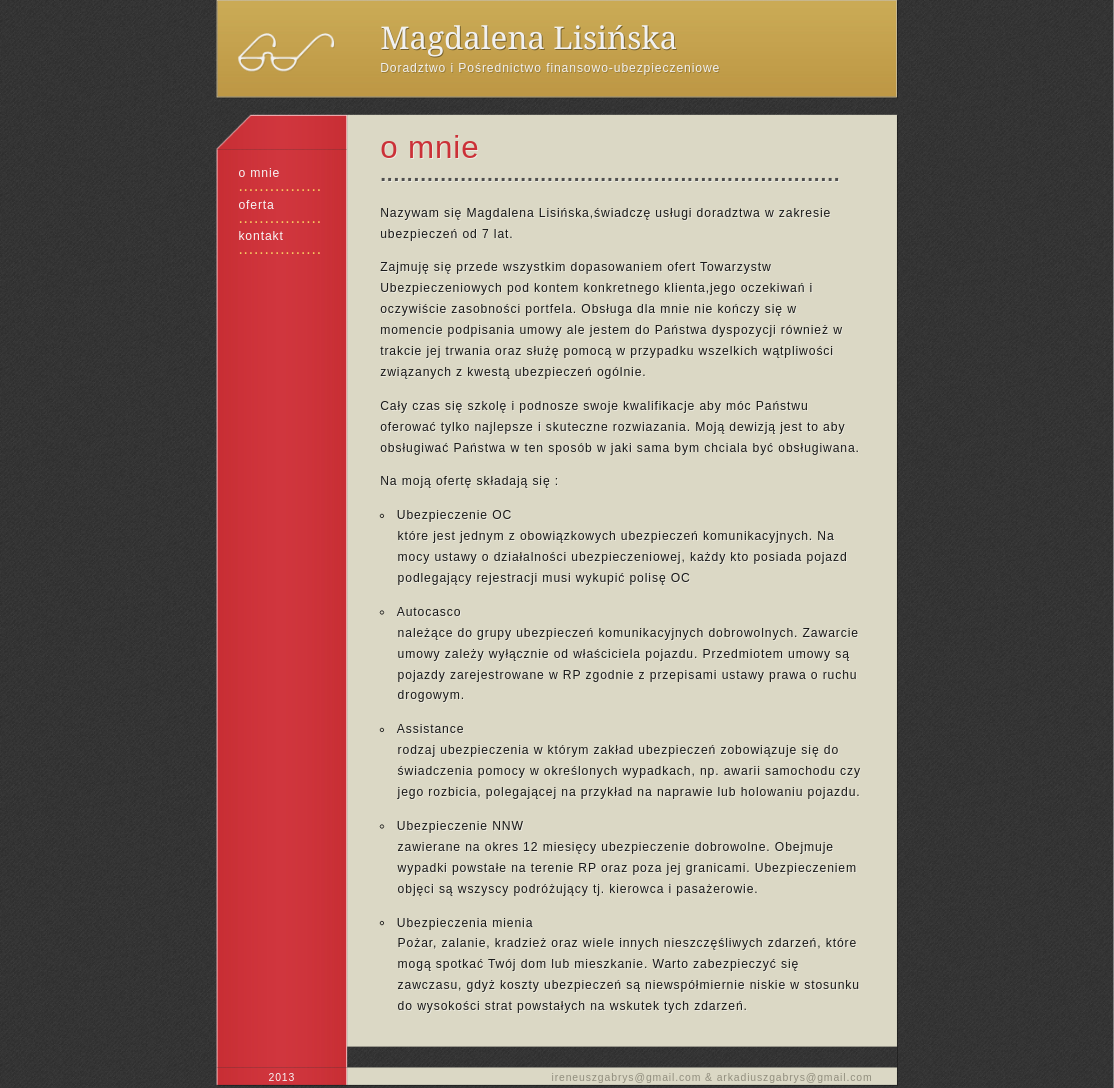
Repository: gabr/php_elicpse_workspace
Page: Magda Lisinska/index.html
An editor plug-in stored every save of this project. The page is shown before and after the next save, followed by the edit.
The browser window is 1280 px wide. The pictures show the whole page, at 87% of full size.

Above is the page before, as saved 2013-03-08 13:42:44.

### Magda Lisinska/index.html
<!DOCTYPE HTML>
<html>
<head>
<meta http-equiv="Content-Type" content="text/html; charset=utf-8">
<title>Magdalena Lisińska</title>
<!--
		<meta name="description" content="Add your sites description here">
		<meta name="keywords" content="Add,your,site,keywords,here">
		<link rel="icon" type="image/x-icon" href="../images/favicon.ico">
		-->
<link rel="stylesheet" type="text/css" href="css/reset.css"
  media="screen">
<link rel="stylesheet" type="text/css" href="css/style.css"
  media="screen">
<!-- <script src="js/jquery-1.9.1.js"></script>
        <script src="js/script.js"></script> -->
<!--[if lt IE 9]>
		<script src="js/html5shiv.js"></script>
		<![endif]-->
</head>

<body>
  <!-- head -->
  <div id="header">
    <a href="index.html" id="glasses"></a> <a href="index.html"
      id="header-title">
      <p id="title">Magdalena Lisińska</p>
      <p id="slogan">Doradztwo i Pośrednictwo
        finansowo-ubezpieczeniowe</p>
    </a>
    <div class="clear"></div>
  </div>

  <!-- body -->
  <div id="body">
    <!-- menu -->
    <div id="menu">
      <div id="menu-head"></div>
      <div id="menu-body" style="height: 1055px">
        <div id="menu-margin"></div>
        <ul>
          <li><a href="#">o mnie</a></li>
          <li class="line">................</li>
          <li><a href="#">oferta</a></li>
          <li class="line">................</li>
          <li><a href="kontakt.html">kontakt</a></li>
          <li class="line">................</li>
        </ul>
      </div>
    </div>
    <!-- content -->
    <div id="content">
      <div>
        <h1>o mnie</h1>
        <div class="line">.....................................................................</div>
        <p>Nazywam się Magdalena Lisińska,świadczę usługi doradztwa
          w zakresie ubezpieczeń od 7 lat.</p>
        <p>Zajmuję się przede wszystkim dopasowaniem ofert
          Towarzystw Ubezpieczeniowych pod kontem konkretnego
          klienta,jego oczekiwań i oczywiście zasobności portfela.
          Obsługa dla mnie nie kończy się w momencie podpisania umowy
          ale jestem do Państwa dyspozycji również w trakcie jej trwania
          oraz służę pomocą w przypadku wszelkich wątpliwości związanych
          z kwestą ubezpieczeń ogólnie.</p>
        <p>Cały czas się szkolę i podnosze swoje kwalifikacje aby
          móc Państwu oferować tylko najlepsze i skuteczne rozwiazania.
          Moją dewizją jest to aby obsługiwać Państwa w ten sposób w
          jaki sama bym chciala być obsługiwana.</p>
        <p>Na moją ofertę składają się :</p>
        <ul>
          <li>Ubezpieczenie OC
            <p>które jest jednym z obowiązkowych ubezpieczeń
              komunikacyjnych. Na mocy ustawy o działalności
              ubezpieczeniowej, każdy kto posiada pojazd podlegający
              rejestracji musi wykupić polisę OC</p>
          </li>
          <li>Autocasco
            <p>należące do grupy ubezpieczeń komunikacyjnych
              dobrowolnych. Zawarcie umowy zależy wyłącznie od
              właściciela pojazdu. Przedmiotem umowy są pojazdy
              zarejestrowane w RP zgodnie z przepisami ustawy prawa o
              ruchu drogowym.</p>
          </li>
          <li>Assistance
            <p>rodzaj ubezpieczenia w którym zakład ubezpieczeń
              zobowiązuje się do świadczenia pomocy w określonych
              wypadkach, np. awarii samochodu czy jego rozbicia,
              polegającej na przykład na naprawie lub holowaniu pojazdu.</p>
          </li>
          <li>Ubezpieczenie NNW
            <p>zawierane na okres 12 miesięcy ubezpieczenie
              dobrowolne. Obejmuje wypadki powstałe na terenie RP oraz
              poza jej granicami. Ubezpieczeniem objęci są wszyscy
              podróżujący tj. kierowca i pasażerowie.</p>
          </li>
          <li>Ubezpieczenia mienia
            <p>Pożar, zalanie, kradzież oraz wiele innych
              nieszczęśliwych zdarzeń, które mogą spotkać Twój dom lub
              mieszkanie. Warto zabezpieczyć się zawczasu, gdyż koszty
              ubezpieczeń są niewspółmiernie niskie w stosunku do
              wysokości strat powstałych na wskutek tych zdarzeń.</p>
          </li>
        </ul>
      </div>
    </div>
    <div class="clear"></div>

    <!-- footer -->
    <div id="footer">
      <div id="left-footer">
        <p>2013</p>
      </div>
      <div id="right-footer">
        <p>ireneuszgabrys@gmail.com &amp;
          arkadiuszgabrys@gmail.com&ensp;&ensp;&ensp;&ensp;</p>
      </div>
      <div class="clear"></div>
    </div>

  </div>

</body>
</html>

### Magda Lisinska/css/reset.css
/*
html5doctor.com Reset Stylesheet
v1.6.1
Last Updated: 2010-09-17
Author: Richard Clark - http://richclarkdesign.com
Twitter: @rich_clark
*/

html, body, div, span, object, iframe,
h1, h2, h3, h4, h5, h6, p, blockquote, pre,
abbr, address, cite, code,
del, dfn, em, img, ins, kbd, q, samp,
small, strong, sub, sup, var,
b, i,
dl, dt, dd, ol, ul, li,
fieldset, form, label, legend,
table, caption, tbody, tfoot, thead, tr, th, td,
article, aside, canvas, details, figcaption, figure,
footer, header, hgroup, menu, nav, section, summary,
time, mark, audio, video {
margin:0;
padding:0;
border:0;
outline:0;
font-size:100%;
vertical-align:baseline;
background:transparent;
}

body {line-height:1;}

article,aside,details,figcaption,figure,
footer,header,hgroup,menu,nav,section {
display:block; zoom:1;
}

nav ul {list-style:none;}

blockquote, q {quotes:none;}

blockquote:before, blockquote:after,
q:before, q:after {
content:'';
content:none;
}

a {
margin:0;
padding:0;
font-size:100%;
vertical-align:baseline;
background:transparent;
}

/* change colours to suit your needs */
ins {
background-color:#ff9;
color:#000;
text-decoration:none;
}

/* change colours to suit your needs */
mark {
background-color:#ff9;
color:#000;
font-style:italic;
font-weight:bold;
}

del {text-decoration: line-through;}

abbr[title], dfn[title] {
border-bottom:1px dotted;
cursor:help;
}

table {
border-collapse:collapse;
border-spacing:0;
}

/* change border colour to suit your needs */
hr {
display:block;
height:1px;
border:0;
border-top:1px solid #cccccc;
margin:1em 0;
padding:0;
}

input, select {
vertical-align:middle;
}

### Magda Lisinska/css/style.css
/*  Main  */
body {
  background: url(../images/background.png);
  color: #000;
  font-family: Arial, Helvetica, sans-serif;
  font-size: 14px;
  letter-spacing: 1px;
}

p {
  color: #181818;
  text-align: left;
  margin: 0px 0px 15px 0px;
  line-height: 24px;
}

a {
  color: #cb3138;
  text-decoration: none;
}

a:hover {
  text-decoration: underline;
}

h1 {
  margin: 20px 0px 0px 0px;
  font-size: 36px;
  color: #cb3138;
  font-weight: normal;
}

img {
  float: left;
  margin: 5px 10px 0px 0px;
  border: 1px solid #363636;
  box-shadow: 1px 1px 0px rgba(255, 255, 255, 0.5);
}

.line {
  -webkit-touch-callout: none;
  -webkit-user-select: none;
  -khtml-user-select: none;
  -moz-user-select: none;
  -ms-user-select: none;
  user-select: none;
}

.clear {
  clear: both;
}

/* Header */
#header {
  background: url(../images/header.jpg);
  width: 780px;
  height: 110px;
  margin: 0 auto;
  border: 1px solid #dbc89a;
  box-shadow: 1px 1px 0px rgba(0, 0, 0, 0.4)
}

#glasses {
  background: url(../images/glasses.png);
  width: 112px;
  height: 45px;
  margin: 37px 0px 0px 23px;
  display: block;
  outline: none;
  float: left;
}

#header-title {
  float: left;
  margin: 30px 0px 0px 52px;
  outline: none;
  text-decoration: none;
}

#title {
  margin: 0px 0px 0px 0px;
  color: #f1f1f1;
  text-shadow: 1px 1px 0px rgba(0, 0, 0, 0.4);
  font-family: Georgia, Times New Roman, Times;
  font-size: 36px;
  letter-spacing: 0px;
}

#slogan {
  color: #f1f1f1;
  text-shadow: 1px 1px 0px rgba(0, 0, 0, 0.2);
  margin: 11px 0px 0px 0px;
}

/* Body */
#body {
  margin: 0 auto;
  margin-top: 20px;
  width: 782px;
  box-shadow: 1px 1px 0px rgba(0, 0, 0, 0.4);
}

/* Menu */
#menu {
  float: left;
  width: 150px;
}

#menu-head {
  background: url(../images/menu_head.png);
  height: 40px;
}

#menu-body {
  background: url(../images/menu.jpg);
  min-height: 200px;
}

#menu-margin {
  height: 20px;
}

#menu-body ul {
  width: 100px;
  margin: 0 auto;
  list-style: none;
}

#menu-body a {
  color: #f7f7f7;
  text-decoration: none;
}

#menu-body li>a:hover {
  font-weight: bold;
}

#menu-body li.line {
  font-size: 18px;
  color: #f7cb61;
  margin: -1px 0px 5px 0px;
}

/* Content */
#content {
  float: left;
  width: 632px;
  min-height: 200px;
  background: #dbd8c5;
  text-shadow: 1px 1px 0px rgba(255, 255, 255, 0.5);
  padding-bottom: 20px;
}

#content>div {
  margin: 0px 38px 0px 38px;
}

#content .line {
  margin: 0px 0px 20px 0px;
  font-size: 24px;
  color: #4f4f4f;
  font-weight: bold;
}

#content ul {
  list-style-type: circle;
  list-style-position: inside;
}

#content ul li {
  text-decoration: none;
  font-family: Arial, Helvetica, sans-serif;
  font-size: 14px;
  letter-spacing: 1px;
  color: #181818;
  text-align: left;
  margin: 0px 0px 15px 0px;
  line-height: 24px;
}

#content ul li p {
  margin-left: 20px;
}

#content iframe {
  margin: 20px auto 2px auto;
}

#google-maps {
  float: right;
  margin-right: 6px;
}

/* Footer */
#footer {
  width: 782px;
}

#left-footer {
  background: url(../images/menu.jpg);
  width: 150px;
  height: 20px;
  float: left;
}

#left-footer p {
  color: #f7f7f7;
  text-align: center;
  font-size: 12px;
}

#right-footer {
  float: right;
  width: 632px;
  height: 20px;
  background: #dbd8c5;
}

#right-footer p {
  color: #918e7e;
  text-align: right;
  font-size: 12px;
}

After the next save:
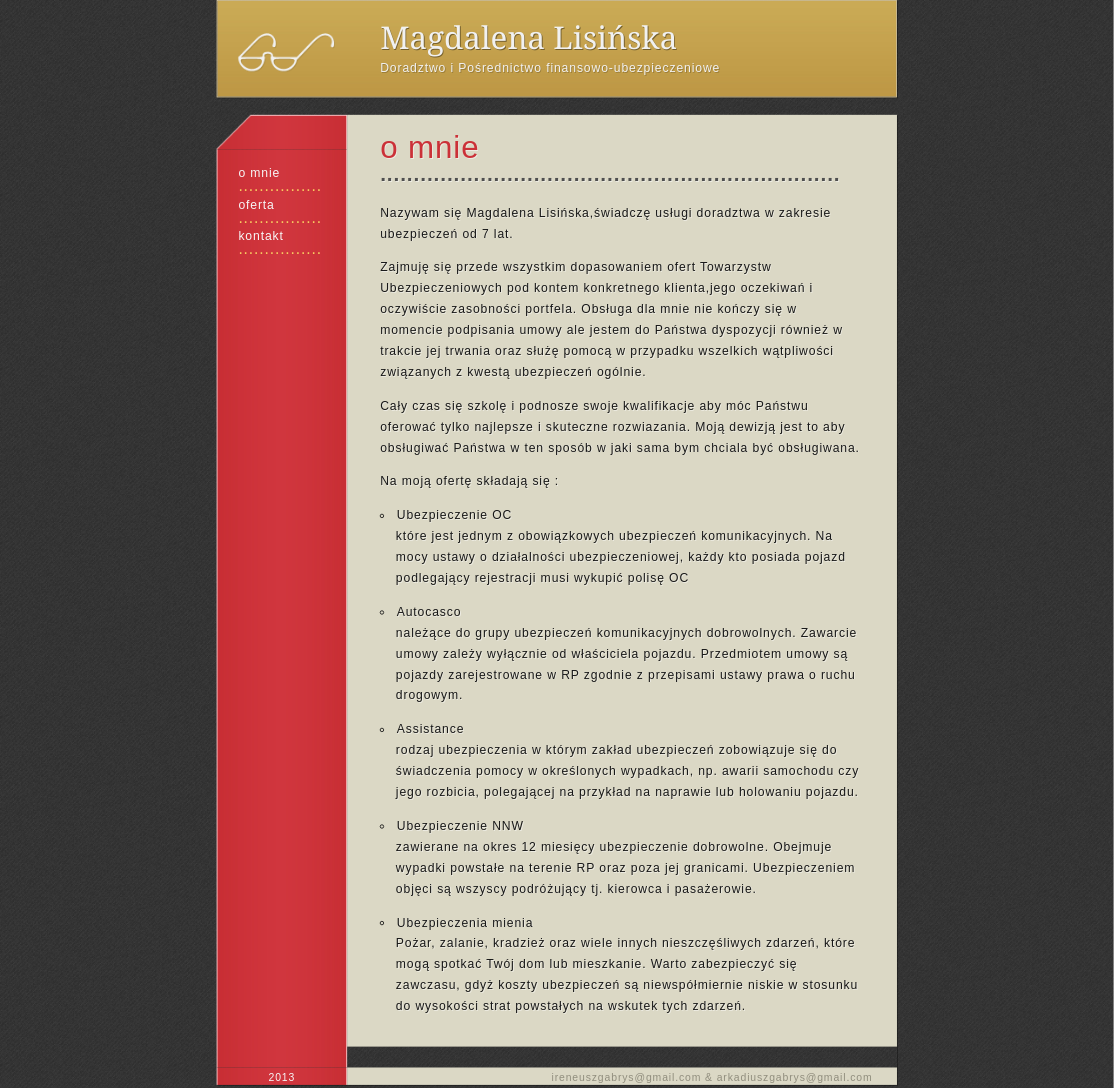
Saved 7 s later.
--- a/Magda Lisinska/css/style.css
+++ b/Magda Lisinska/css/style.css
@@ -179,7 +179,7 @@ img {
 }
 
 #content ul li p {
-  margin-left: 20px;
+  margin-left: 18px;
 }
 
 #content iframe {
